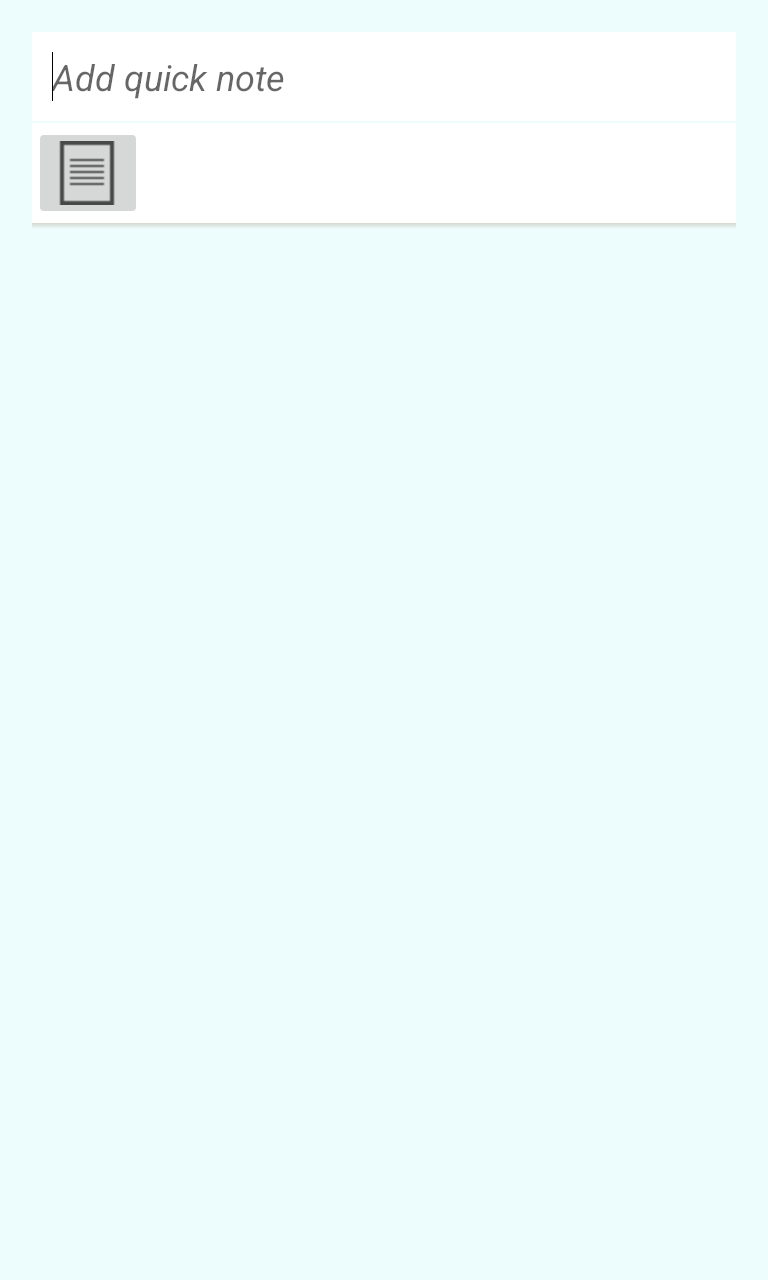
Repository: ishwormali/practices
Layout: Android/GoogleKeep/GoogleKeep/res/layout/fragment_main.xml
These files come from the project's save history. The layout is drawn as it stood at one moment and after the next save; the edit follows.
It is drawn on a 768 x 1280 px phone screen (xhdpi) without system bars, with theme Theme.Orangeboom; the app's code is not run.

Above is the layout before, as saved 2014-04-01 07:24:12.

### Android/GoogleKeep/GoogleKeep/res/layout/fragment_main.xml
<RelativeLayout xmlns:android="http://schemas.android.com/apk/res/android"
    xmlns:tools="http://schemas.android.com/tools"
    android:layout_width="match_parent"
    android:layout_height="match_parent"
    android:paddingBottom="@dimen/activity_vertical_margin"
    android:paddingLeft="@dimen/activity_horizontal_margin"
    android:paddingRight="@dimen/activity_horizontal_margin"
    android:paddingTop="@dimen/activity_vertical_margin"
    tools:context="com.practices.googlekeep.MainActivity$PlaceholderFragment"
    android:background="@color/main_background"
      >

    <LinearLayout
        android:layout_width="match_parent"
        android:layout_height="wrap_content"
        android:layout_alignParentTop="true"
        android:layout_centerHorizontal="true"
        android:background="@drawable/area_container"
        android:orientation="vertical" >

        <EditText
            android:id="@+id/text_quicknote"
            android:layout_width="match_parent"
            android:layout_height="wrap_content"
            android:ems="10"  android:hint="@string/add_quick_note"
            android:background="@drawable/edit_box"
            android:textColor="@android:color/black"
android:textCursorDrawable="@null" android:padding="10dp"
             >

            <requestFocus />
        </EditText>
        <View
android:layout_width="fill_parent"
android:layout_height="1dip"
android:background="@color/main_background" />


        <LinearLayout android:layout_width="fill_parent"
            android:layout_height="50dp"
             >
            <ImageButton android:layout_width="wrap_content"
                android:layout_height="wrap_content"
                android:src="@drawable/ico_linedpaper32"
                />
        </LinearLayout>

         <View
    android:id="@+id/divider"
    android:background="@drawable/drop_shadow"
    android:layout_width="match_parent"
    android:layout_height="3sp"
     />
    </LinearLayout>

</RelativeLayout>

### Android/GoogleKeep/GoogleKeep/res/values-v14/themes.xml
<?xml version="1.0" encoding="utf-8"?>
<!-- File created by the Android Action Bar Style Generator

     Copyright (C) 2011 The Android Open Source Project
     Copyright (C) 2012 readyState Software Ltd

     Licensed under the Apache License, Version 2.0 (the "License");
     you may not use this file except in compliance with the License.
     You may obtain a copy of the License at

          http://www.apache.org/licenses/LICENSE-2.0

     Unless required by applicable law or agreed to in writing, software
     distributed under the License is distributed on an "AS IS" BASIS,
     WITHOUT WARRANTIES OR CONDITIONS OF ANY KIND, either express or implied.
     See the License for the specific language governing permissions and
     limitations under the License.
-->

<resources xmlns:android="http://schemas.android.com/apk/res/android">

    <style name="Theme.Orangeboom" parent="@style/Theme.AppCompat.Light">
        <item name="android:actionBarItemBackground">@drawable/selectable_background_orangeboom</item>
        <item name="android:popupMenuStyle">@style/PopupMenu.Orangeboom</item>
        <item name="android:dropDownListViewStyle">@style/DropDownListView.Orangeboom</item>
        <item name="android:actionBarTabStyle">@style/ActionBarTabStyle.Orangeboom</item>
        <item name="android:actionDropDownStyle">@style/DropDownNav.Orangeboom</item>
        <item name="android:actionBarStyle">@style/ActionBar.Solid.Orangeboom</item>
        <item name="android:actionModeBackground">@drawable/cab_background_top_orangeboom</item>
        <item name="android:actionModeSplitBackground">@drawable/cab_background_bottom_orangeboom</item>
        <item name="android:actionModeCloseButtonStyle">@style/ActionButton.CloseMode.Orangeboom</item>
         <item name="actionMenuTextColor">@android:color/white</item>

    </style>

    <style name="ActionBar.Solid.Orangeboom" parent="@style/Widget.AppCompat.Light.ActionBar.Solid">
        <item name="android:background">@drawable/ab_solid_orangeboom</item>
        <item name="android:backgroundStacked">@drawable/ab_stacked_solid_orangeboom</item>
        <item name="android:backgroundSplit">@drawable/ab_bottom_solid_orangeboom</item>
        <item name="android:progressBarStyle">@style/ProgressBar.Orangeboom</item>
       <item name="android:titleTextStyle">@style/ActionBar.TextStyle.Orangeboom</item>
<!--        <item name="android:logo">@drawable/text_x_todo</item> -->
    </style>

    <style name="ActionBar.TextStyle.Orangeboom"
           parent="@style/TextAppearance.AppCompat.Widget.ActionBar.Title">
        <item name="android:textColor">@android:color/white</item>
    </style>

    <style name="ActionBar.Transparent.Orangeboom" parent="@style/Widget.AppCompat.Light.ActionBar">
        <item name="android:background">@drawable/ab_transparent_orangeboom</item>
        <item name="android:progressBarStyle">@style/ProgressBar.Orangeboom</item>
    </style>

    <!-- this style is only referenced in a Light.DarkActionBar based theme -->
    <style name="Theme.Orangeboom.Widget" parent="@style/Theme.AppCompat">
        <item name="android:popupMenuStyle">@style/PopupMenu.Orangeboom</item>
        <item name="android:dropDownListViewStyle">@style/DropDownListView.Orangeboom</item>
    </style>

</resources>

### Android/GoogleKeep/GoogleKeep/res/values/themes.xml
<?xml version="1.0" encoding="utf-8"?>
<!-- File created by the Android Action Bar Style Generator

     Copyright (C) 2011 The Android Open Source Project
     Copyright (C) 2012 readyState Software Ltd

     Licensed under the Apache License, Version 2.0 (the "License");
     you may not use this file except in compliance with the License.
     You may obtain a copy of the License at

          http://www.apache.org/licenses/LICENSE-2.0

     Unless required by applicable law or agreed to in writing, software
     distributed under the License is distributed on an "AS IS" BASIS,
     WITHOUT WARRANTIES OR CONDITIONS OF ANY KIND, either express or implied.
     See the License for the specific language governing permissions and
     limitations under the License.
-->

<resources xmlns:android="http://schemas.android.com/apk/res/android">

    <style name="Theme.Orangeboom" parent="@style/Theme.AppCompat.Light">
        <item name="actionBarItemBackground">@drawable/selectable_background_orangeboom</item>
        <item name="popupMenuStyle">@style/PopupMenu.Orangeboom</item>
        <item name="dropDownListViewStyle">@style/DropDownListView.Orangeboom</item>
        <item name="actionBarTabStyle">@style/ActionBarTabStyle.Orangeboom</item>
        <item name="actionDropDownStyle">@style/DropDownNav.Orangeboom</item>
        <item name="actionBarStyle">@style/ActionBar.Solid.Orangeboom</item>
        <item name="actionModeBackground">@drawable/cab_background_top_orangeboom</item>
        <item name="actionModeSplitBackground">@drawable/cab_background_bottom_orangeboom</item>
        <item name="actionModeCloseButtonStyle">@style/ActionButton.CloseMode.Orangeboom</item>
 <item name="actionMenuTextColor">@android:color/white</item>


    </style>

    <style name="ActionBar.Solid.Orangeboom" parent="@style/Widget.AppCompat.Light.ActionBar.Solid">
        <item name="background">@drawable/ab_solid_orangeboom</item>
        <item name="backgroundStacked">@drawable/ab_stacked_solid_orangeboom</item>
        <item name="backgroundSplit">@drawable/ab_bottom_solid_orangeboom</item>
        <item name="progressBarStyle">@style/ProgressBar.Orangeboom</item>
         <item name="titleTextStyle">@style/ActionBar.TextStyle.Orangeboom</item>
<!--          <item name="logo">@drawable/text_x_todo</item> -->
    </style>

     <style name="ActionBar.TextStyle.Orangeboom"
           parent="@style/TextAppearance.AppCompat.Widget.ActionBar.Title">
        <item name="android:textColor">@android:color/white</item>
    </style>

    <style name="ActionBar.Transparent.Orangeboom" parent="@style/Widget.AppCompat.Light.ActionBar">
        <item name="background">@drawable/ab_transparent_orangeboom</item>
        <item name="progressBarStyle">@style/ProgressBar.Orangeboom</item>
    </style>

    <style name="PopupMenu.Orangeboom" parent="@style/Widget.AppCompat.Light.PopupMenu">
        <item name="android:popupBackground">@drawable/menu_dropdown_panel_orangeboom</item>
    </style>

    <style name="DropDownListView.Orangeboom" parent="@style/Widget.AppCompat.Light.ListView.DropDown">
        <item name="android:listSelector">@drawable/selectable_background_orangeboom</item>
    </style>

    <style name="ActionBarTabStyle.Orangeboom" parent="@style/Widget.AppCompat.Light.ActionBar.TabView">
        <item name="android:background">@drawable/tab_indicator_ab_orangeboom</item>
        <item name="android:textColor">@android:color/white</item>
    </style>

    <style name="DropDownNav.Orangeboom" parent="@style/Widget.AppCompat.Light.Spinner.DropDown.ActionBar">
        <item name="android:background">@drawable/spinner_background_ab_orangeboom</item>
        <item name="android:popupBackground">@drawable/menu_dropdown_panel_orangeboom</item>
        <item name="android:dropDownSelector">@drawable/selectable_background_orangeboom</item>
    </style>

    <style name="ProgressBar.Orangeboom" parent="@style/Widget.AppCompat.ProgressBar.Horizontal">
        <item name="android:progressDrawable">@drawable/progress_horizontal_orangeboom</item>
    </style>

    <style name="ActionButton.CloseMode.Orangeboom" parent="@style/Widget.AppCompat.Light.ActionButton.CloseMode">
        <item name="android:background">@drawable/btn_cab_done_orangeboom</item>
    </style>

    <!-- this style is only referenced in a Light.DarkActionBar based theme -->
    <style name="Theme.Orangeboom.Widget" parent="@style/Theme.AppCompat">
        <item name="popupMenuStyle">@style/PopupMenu.Orangeboom</item>
        <item name="dropDownListViewStyle">@style/DropDownListView.Orangeboom</item>
    </style>

</resources>

### Android/GoogleKeep/GoogleKeep/res/drawable/selectable_background_orangeboom.xml
<?xml version="1.0" encoding="utf-8"?>
<!-- File created by the Android Action Bar Style Generator

     Copyright (C) 2011 The Android Open Source Project
     Copyright (C) 2012 readyState Software Ltd

     Licensed under the Apache License, Version 2.0 (the "License");
     you may not use this file except in compliance with the License.
     You may obtain a copy of the License at

          http://www.apache.org/licenses/LICENSE-2.0

     Unless required by applicable law or agreed to in writing, software
     distributed under the License is distributed on an "AS IS" BASIS,
     WITHOUT WARRANTIES OR CONDITIONS OF ANY KIND, either express or implied.
     See the License for the specific language governing permissions and
     limitations under the License.
-->

<selector xmlns:android="http://schemas.android.com/apk/res/android"
        android:exitFadeDuration="@android:integer/config_mediumAnimTime" >
    <item android:state_pressed="false" android:state_focused="true" android:drawable="@drawable/list_focused_orangeboom" />
    <item android:state_pressed="true" android:drawable="@drawable/list_pressed_orangeboom" />
    <item android:drawable="@android:color/transparent" />
</selector>

### Android/GoogleKeep/GoogleKeep/res/drawable/btn_cab_done_orangeboom.xml
<?xml version="1.0" encoding="utf-8"?>
<!-- File created by the Android Action Bar Style Generator

     Copyright (C) 2011 The Android Open Source Project
     Copyright (C) 2012 readyState Software Ltd

     Licensed under the Apache License, Version 2.0 (the "License");
     you may not use this file except in compliance with the License.
     You may obtain a copy of the License at

          http://www.apache.org/licenses/LICENSE-2.0

     Unless required by applicable law or agreed to in writing, software
     distributed under the License is distributed on an "AS IS" BASIS,
     WITHOUT WARRANTIES OR CONDITIONS OF ANY KIND, either express or implied.
     See the License for the specific language governing permissions and
     limitations under the License.
-->

<selector xmlns:android="http://schemas.android.com/apk/res/android">
    <item android:state_pressed="true"
        android:drawable="@drawable/btn_cab_done_pressed_orangeboom" />
    <item android:state_focused="true" android:state_enabled="true"
        android:drawable="@drawable/btn_cab_done_focused_orangeboom" />
    <item android:state_enabled="true"
        android:drawable="@drawable/btn_cab_done_default_orangeboom" />
</selector>

### Android/GoogleKeep/GoogleKeep/res/drawable/progress_horizontal_orangeboom.xml
<?xml version="1.0" encoding="utf-8"?>
<!-- File created by the Android Action Bar Style Generator

     Copyright (C) 2011 The Android Open Source Project
     Copyright (C) 2012 readyState Software Ltd

     Licensed under the Apache License, Version 2.0 (the "License");
     you may not use this file except in compliance with the License.
     You may obtain a copy of the License at

          http://www.apache.org/licenses/LICENSE-2.0

     Unless required by applicable law or agreed to in writing, software
     distributed under the License is distributed on an "AS IS" BASIS,
     WITHOUT WARRANTIES OR CONDITIONS OF ANY KIND, either express or implied.
     See the License for the specific language governing permissions and
     limitations under the License.
-->

<layer-list xmlns:android="http://schemas.android.com/apk/res/android">

    <item android:id="@android:id/background"
          android:drawable="@drawable/progress_bg_orangeboom" />

    <item android:id="@android:id/secondaryProgress">
        <scale android:scaleWidth="100%"
               android:drawable="@drawable/progress_secondary_orangeboom" />
    </item>

    <item android:id="@android:id/progress">
        <scale android:scaleWidth="100%"
               android:drawable="@drawable/progress_primary_orangeboom" />
    </item>

</layer-list>

### Android/GoogleKeep/GoogleKeep/res/drawable/spinner_background_ab_orangeboom.xml
<?xml version="1.0" encoding="utf-8"?>
<!-- File created by the Android Action Bar Style Generator

     Copyright (C) 2011 The Android Open Source Project
     Copyright (C) 2012 readyState Software Ltd

     Licensed under the Apache License, Version 2.0 (the "License");
     you may not use this file except in compliance with the License.
     You may obtain a copy of the License at

          http://www.apache.org/licenses/LICENSE-2.0

     Unless required by applicable law or agreed to in writing, software
     distributed under the License is distributed on an "AS IS" BASIS,
     WITHOUT WARRANTIES OR CONDITIONS OF ANY KIND, either express or implied.
     See the License for the specific language governing permissions and
     limitations under the License.
-->

<selector xmlns:android="http://schemas.android.com/apk/res/android">
    <item android:state_enabled="false"
        android:drawable="@drawable/spinner_ab_disabled_orangeboom" />
    <item android:state_pressed="true"
        android:drawable="@drawable/spinner_ab_pressed_orangeboom" />
    <item android:state_pressed="false" android:state_focused="true"
        android:drawable="@drawable/spinner_ab_focused_orangeboom" />
    <item android:drawable="@drawable/spinner_ab_default_orangeboom" />
</selector>

### Android/GoogleKeep/GoogleKeep/res/drawable/tab_indicator_ab_orangeboom.xml
<?xml version="1.0" encoding="utf-8"?>
<!-- File created by the Android Action Bar Style Generator

     Copyright (C) 2011 The Android Open Source Project
     Copyright (C) 2012 readyState Software Ltd

     Licensed under the Apache License, Version 2.0 (the "License");
     you may not use this file except in compliance with the License.
     You may obtain a copy of the License at

          http://www.apache.org/licenses/LICENSE-2.0

     Unless required by applicable law or agreed to in writing, software
     distributed under the License is distributed on an "AS IS" BASIS,
     WITHOUT WARRANTIES OR CONDITIONS OF ANY KIND, either express or implied.
     See the License for the specific language governing permissions and
     limitations under the License.
-->

<selector xmlns:android="http://schemas.android.com/apk/res/android">
    <!-- Non focused states -->
    <item android:state_focused="false" android:state_selected="false" android:state_pressed="false" android:drawable="@android:color/transparent" />
    <item android:state_focused="false" android:state_selected="true"  android:state_pressed="false" android:drawable="@drawable/tab_selected_orangeboom" />

    <!-- Focused states -->
    <item android:state_focused="true" android:state_selected="false" android:state_pressed="false" android:drawable="@drawable/tab_unselected_focused_orangeboom" />
    <item android:state_focused="true" android:state_selected="true"  android:state_pressed="false" android:drawable="@drawable/tab_selected_focused_orangeboom" />

    <!-- Pressed -->
    <!--    Non focused states -->
    <item android:state_focused="false" android:state_selected="false" android:state_pressed="true" android:drawable="@drawable/tab_unselected_pressed_orangeboom" />
    <item android:state_focused="false" android:state_selected="true"  android:state_pressed="true" android:drawable="@drawable/tab_selected_pressed_orangeboom" />

    <!--    Focused states -->
    <item android:state_focused="true" android:state_selected="false" android:state_pressed="true" android:drawable="@drawable/tab_unselected_pressed_orangeboom" />
    <item android:state_focused="true" android:state_selected="true"  android:state_pressed="true" android:drawable="@drawable/tab_selected_pressed_orangeboom" />
</selector>

### Android/GoogleKeep/GoogleKeep/res/values/dimens.xml
<resources>

    <!-- Default screen margins, per the Android Design guidelines. -->
    <dimen name="activity_horizontal_margin">16dp</dimen>
    <dimen name="activity_vertical_margin">16dp</dimen>

</resources>

### Android/GoogleKeep/GoogleKeep/res/values/Color.xml
<?xml version="1.0" encoding="utf-8"?>
<resources>
    <color name="main_background">#EDFDFD</color>
    <color name="area_container_background">#FFFFFF</color>

</resources>

### Android/GoogleKeep/GoogleKeep/res/drawable/area_container.xml
<?xml version="1.0" encoding="utf-8"?>
<shape xmlns:android="http://schemas.android.com/apk/res/android"

    >
    <solid android:color="@color/area_container_background"/>

</shape>

### Android/GoogleKeep/GoogleKeep/res/values/strings.xml
<?xml version="1.0" encoding="utf-8"?>
<resources>

    <string name="app_name">GoogleKeep</string>
    <string name="hello_world">Hello world!</string>
    <string name="action_settings">Settings</string>
	<string name="add_quick_note"><i>Add quick note</i></string>
</resources>

### Android/GoogleKeep/GoogleKeep/res/drawable/edit_box.xml
<?xml version="1.0" encoding="utf-8"?>
<shape xmlns:android="http://schemas.android.com/apk/res/android"
    android:shape="rectangle"
    android:padding="10dp"
     >

<solid android:color="#FFFFFF"/>

</shape>

### Android/GoogleKeep/GoogleKeep/res/drawable/drop_shadow.xml
<?xml version="1.0" encoding="utf-8"?>
<shape xmlns:android="http://schemas.android.com/apk/res/android" android:shape="rectangle">
  <gradient
    android:startColor="@color/main_background"

    android:endColor="#d3d7cf"
    android:angle="90" />
</shape>

Loaded but not shown: Android/GoogleKeep/GoogleKeep/res/values-w820dp/dimens.xml (common file)

After the next save:
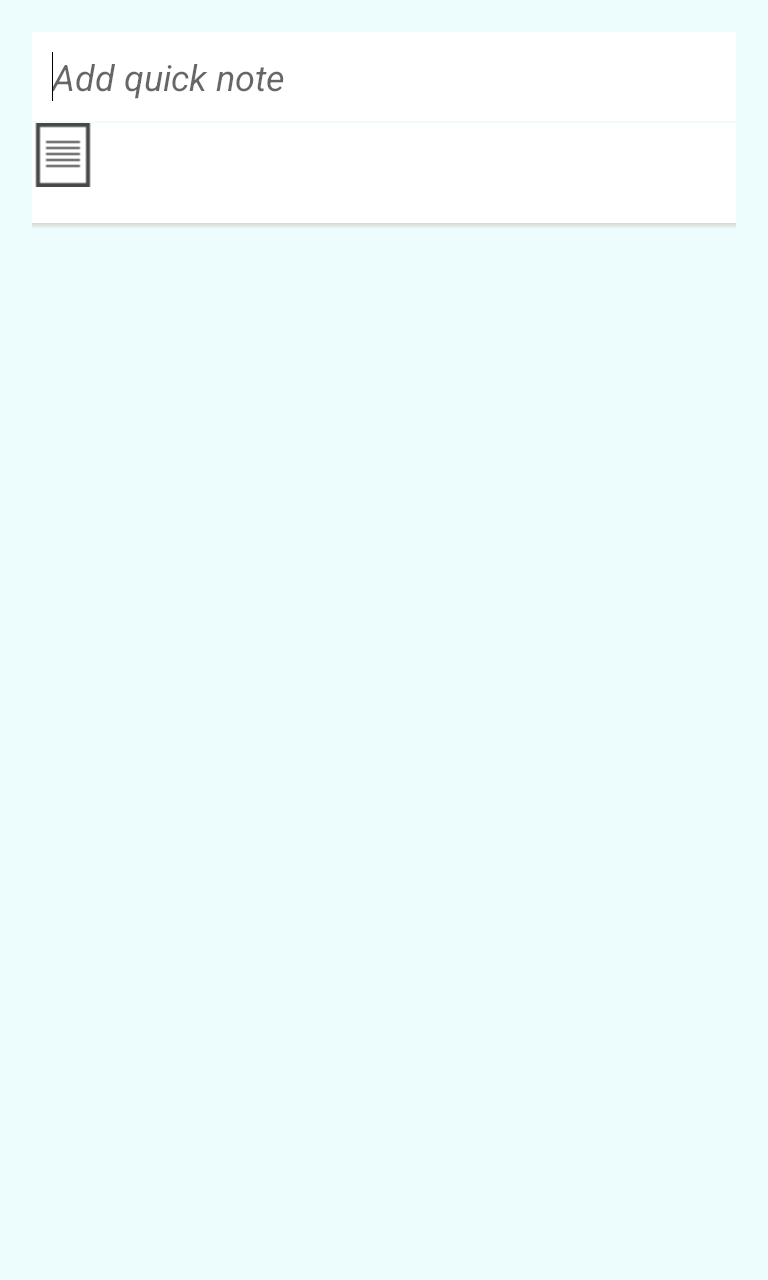
Saved 4 min 49 s later.
--- a/Android/GoogleKeep/GoogleKeep/res/layout/fragment_main.xml
+++ b/Android/GoogleKeep/GoogleKeep/res/layout/fragment_main.xml
@@ -42,6 +42,7 @@ android:background="@color/main_background" />
             <ImageButton android:layout_width="wrap_content"
                 android:layout_height="wrap_content"
                 android:src="@drawable/ico_linedpaper32"
+                android:background="@null"
                 />
         </LinearLayout>
 
